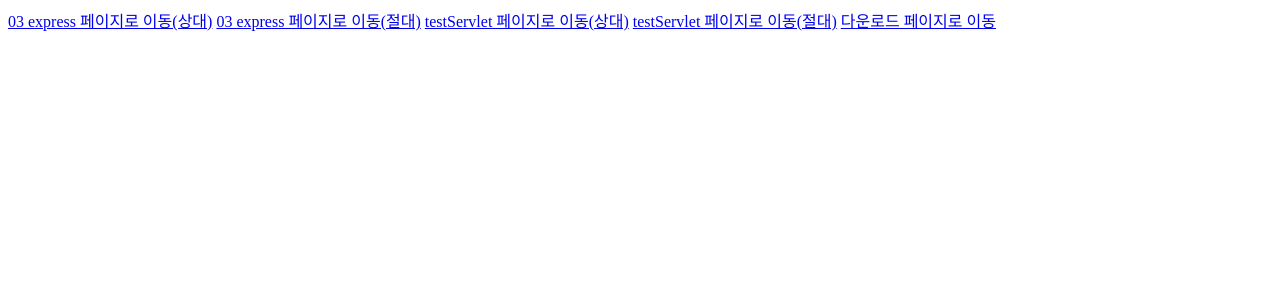
Repository: bbseok97/HTML
Page: http://localhost/jspbasic/path/test/path_quiz.jsp
The author's editor kept a copy of each file at every save. The page is drawn from the files as they stood at one save, then again after the next save.
The browser window is 1280 px wide. The pictures show the whole page.
The page is served by Tomcat 9.

Above is the page before, as saved 2024-04-05 06:04:48.

After the next save:
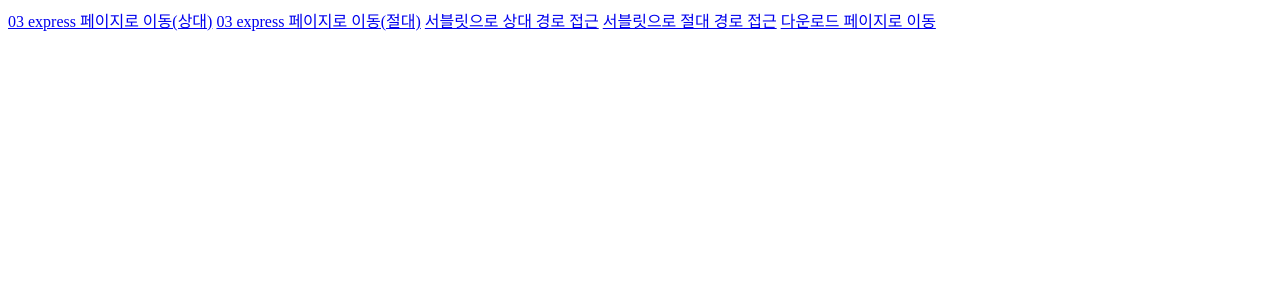
Saved 2 min 55 s later.
--- a/jspbasic/src/main/webapp/path/test/path_quiz.jsp
+++ b/jspbasic/src/main/webapp/path/test/path_quiz.jsp
@@ -13,9 +13,9 @@
 		<a href="jspbasic/03.expression.jsp">03 express 페이지로 이동(상대)</a>
 		<a href="/jspbasic/src/jspbasic/03.expression.jsp">03 express 페이지로 이동(절대)</a>
 		<!-- 2. TestServlet 서블릿 페이지로 상대/절대 경로로 접근 -->
-		<a href="servlet/testServlet.jsp">testServlet 페이지로 이동(상대)</a>
-		<a href="/jspbasic/src/servlet/testServlet.jsp">testServlet 페이지로 이동(절대)</a>
+		<a href="servlet/testServlet.jsp">서블릿으로 상대 경로 접근</a>
+		<a href="/jspbasic/src/servlet/testServlet.jsp">서블릿으로 절대 경로 접근</a>
 		<!-- 3. images 폴더에 있는 이미지 파일에 상대 경로로 접근 -->
-		<a href="../images/다운로드.jpg">다운로드 페이지로 이동</a>
+		<img src="" width="100"><a href="../images/다운로드.jpg">다운로드 페이지로 이동</a>
 	</body>
 </html>
